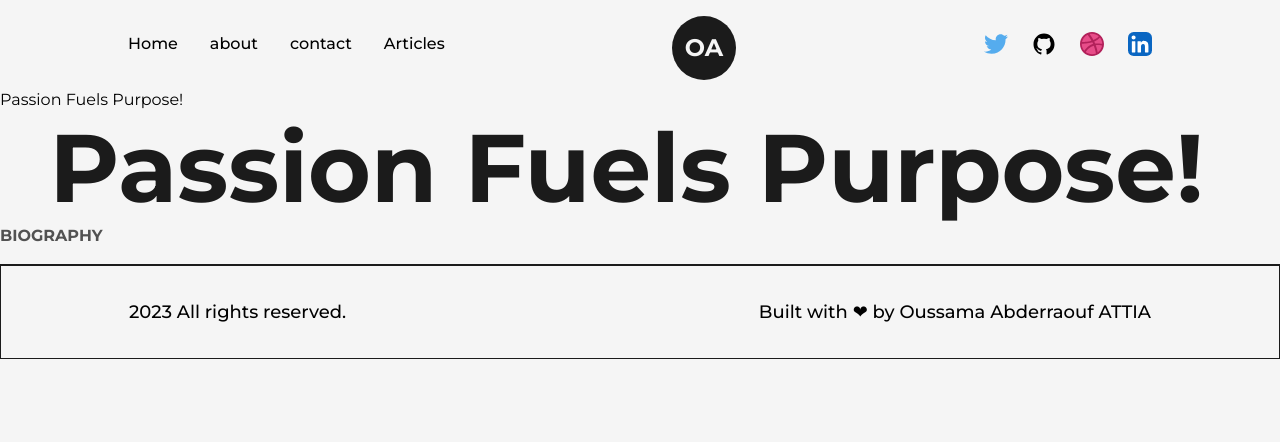
Repository: OussamaAbderraoufAttia/Next.js-Developer-Portfolio
Page: /About
The author's editor kept a copy of each file at every save. The page is drawn from the files as they stood at one save, then again after the next save.
The browser window is 1280 px wide. The pictures show the whole page.
The project was rebuilt for these pictures with package versions that can differ from the ones it lists, and the page was loaded fresh each time. The framework's server and built-in components were replaced by stand-ins that run in the browser. Also part of the build but not shown: next.config.js.

Above is the page before, as saved 2023-06-27 16:43:57.

### src/pages/_app.js
import Footer from '@/components/Footer'
import NavBar from '@/components/NavBar'
import '@/styles/globals.css'
import { Montserrat } from 'next/font/google'
import Head from 'next/head'


const montserrat = Montserrat({
  subsets: ['latin'],
  variable: "--font-mont"
})
export default function App({ Component, pageProps }) {
  return (
    <>
    <Head>
      <meta name="viewport" content="width=device-width, initial-scale=1" />
      <link rel="icon" href="/favicon.ico" />
    </Head>
    <main className={`${montserrat.variable} font-mont bg-light w-full min-h-screen`}>
      <NavBar />
      <Component {...pageProps} />
      <Footer />
    </main>
    </>
  )
}

### src/pages/About.js
import React from 'react';
import Head from 'next/head';
import AnimatedText from '@/components/AnimatedText';
import Layout from '@/components/Layout';

const about = () => {
  return (
    <>
        <Head>
            <title>OA | About Page</title>
            <meta name='description' content='About Oussama Abderraouf ATTIA' />
        </Head>
        <main className='flex w-full flex-col item-center justify-center'>
            <Layout className='pt-16'>
                <h1 style={{
                    fontSize: '16px',
                }}>
                    Passion Fuels Purpose!
                </h1>
                <AnimatedText text='Passion Fuels Purpose!' />
                <div className='grid w-full grid-cols-8 gap-16'>
                    <div>
                        <h2 className='mb-4 text- font-bold uppercase text-dark/75'>
                            Biography
                        </h2>
                    </div>

                </div>
            </Layout>
        </main>
    </>
  )
}

export default about;

### src/components/Footer.js
import React from 'react';
import Link from 'next/link';
import Layout from './Layout';

const Footer = () => {
  return (
    <div>
      <footer className='w-full border-t-2 border border-solid  border-dark
      font-medium text-lg
      '>
        <Layout className=' py-8 flex items-center justify-between '>
        <span>
            2023 All rights reserved.
        </span>
        <div>
            <p  >
                Built with &#10084; by Oussama Abderraouf ATTIA
             </p>
        </div>

        </Layout>

      </footer>
    </div>
  )
}

export default Footer

### src/components/NavBar.js
import Link from "next/link";
import React from "react";
import { useRouter } from "next/router";
import Logo from "./Logo";
import   { TwitterIcon, DribbbleIcon, GithubIcon, LinkedInIcon, PinterestIcon } from "./Icons";
import { motion } from "framer-motion";

const CustomLink = ({ href, title, className="" }) => {
    const router = useRouter();
    return (
        <Link href={href} className= {`${className} relative group `}>
            {title }
            <span className={`h-[1px] inline-block bg-dark absolute left-0 bottom-0.5 group-hover:w-full
            transiion-[width] ease duration-300 ${router.asPath === href ? "w-full" : "w-0" }
            `}> &nbsp; </span>
        </Link>
    )
}


const NavBar = () => {
    return (
        <header className="w-full px-32 py-8 font-medium flex items-center justify-between">
            <nav>
                <CustomLink href="/"  title="Home" className="mr-4"/>
                <CustomLink href="/about" title="about" className="mx-4"/>
                <CustomLink href="/contact"  title="contact" className="mx-4"/>
                <CustomLink href="/Articles"  title="Articles" className="ml-4"/>
            </nav>

            <nav className="flex item-center justify-center flex-wrap">
                <motion.a href="https://twitter.com/oussamaattia245" target={"_blank"}
                whileHover={{ y:-5  }}
                whileTap={{ scale: 0.9 }}
                className="w-6 mx-3"
                >
                    <TwitterIcon />
                 </motion.a>
                <motion.a href="https://github.com/OussamaAbderraoufAttia" target={"_blank"}
                whileHover={{ y:-5  }} whileTap={{ scale: 0.9 }}
                className="w-6 mx-3"
                > <GithubIcon /> </motion.a>
                <motion.a href="https://dribbble.com/JohnLoyd" target={"_blank"}
                whileHover={{ y:-5  }} whileTap={{ scale: 0.9 }}
                className="w-6 mx-3"
                > <DribbbleIcon /> </motion.a>
                <motion.a href="https://www.linkedin.com/in/oussama-abderraouf-attia-494b32225/" target={"_blank"}
                whileHover={{ y:-5  }} whileTap={{ scale: 0.9 }}
                className="w-6 ml-3"
                > <LinkedInIcon /> </motion.a>

            </nav>
            <div className="absolute left-[50%] top-2    translate-x-[50%]">
                 <Logo />
            </div>
        </header>
    )
}

export default NavBar;

### src/components/AnimatedText.js
import React from 'react';
import { motion } from 'framer-motion';

const quote = {
    initial:{
        opacity:0,
    },
    animate:{
        opacity:1,
        transition:{
            delay:0.5,
            staggerChildren: 0.08,
        }
    }
}
const singleWord  = {
    initial:{
        opacity:0,
        y: 50,
    },
    animate:{
        opacity:1,
        y:0,
        transition:{
            duration: 1,
        }
    }
}
const AnimatedText = ({ text, className = "" }) => {
  return (
    <div className='w-full mx-auto py-2 flex items-center justify-center text-center overflow-hidden'>
      <motion.h1 className={`inline-block text-dark font-bold capitalize text-8xl ${className}`}
      variants={quote}
      inherit='initial'
      animate='animate'
      >
        {text.split(" ").map((word, index) =>
          <span key={word + '-' + index} className='inline-block '
          variants={singleWord}
            inherit='initial'
            animate='animate'
          >
            {word}&nbsp;
          </span>
        )}
      </motion.h1>
    </div>
  );
};

export default AnimatedText;

### src/components/Layout.js
import React from 'react';

const Layout = ({ children, className = "" }) => {
  return (
    <div className={`  w-full h-full inline-block z-0 bg-light p-32${className}`}>
      {children}
    </div>
  );
};

export default Layout;

### src/components/Logo.js
import React from "react";
import Link from "next/link";
import { motion } from "framer-motion";



const MotionLink = motion(Link);
const Logo = () => {
  return (
    <div className="flex items-center justify-center mt-2">
      <MotionLink
        href="/"
        className="w-16 h-16 bg-dark text-light flex items-center justify-center rounded-full font-bold text-2xl"
        whileHover={{
            backgroundColor:["#121212", "rgba(131,58,180,1)","rgba(253,29,29,1)","rgba(252,176,69,1)","rgba(131,58,180,1)", "#121212"],
          transition: {
            duration: 1,
            repeat: Infinity,
          },
        }}
      >
        OA
      </MotionLink>
    </div>
  );
};

export default Logo;

### tailwind.config.js
/** @type {import('tailwindcss').Config} */
const {fontFamily} = require('tailwindcss/defaultTheme')

module.exports = {
  content: [
    // Or if using `src` directory:
    "./src/**/*.{js,ts,jsx,tsx,mdx}",
  ],
  theme: {
    extend: {
      fontFamily: {
        mont: ['var(--font-mont)', 'sans-serif'],
      },
        colors: {
          dark: "#1b1b1b",
          light: "#f5f5f5",
          primary: "#B63E96", // 240,86,199
          primaryDark: "#58E6D9", // 80,230,217
      },
      animation: {
        'spin-slow': 'spin 8s linear infinite',
      },
    },
  },
  plugins: [],
}

Loaded but not shown: src/pages/_document.js (common file); src/styles/globals.css (common file); src/components/Icons.js (484 lines, source omitted)

After the next save:
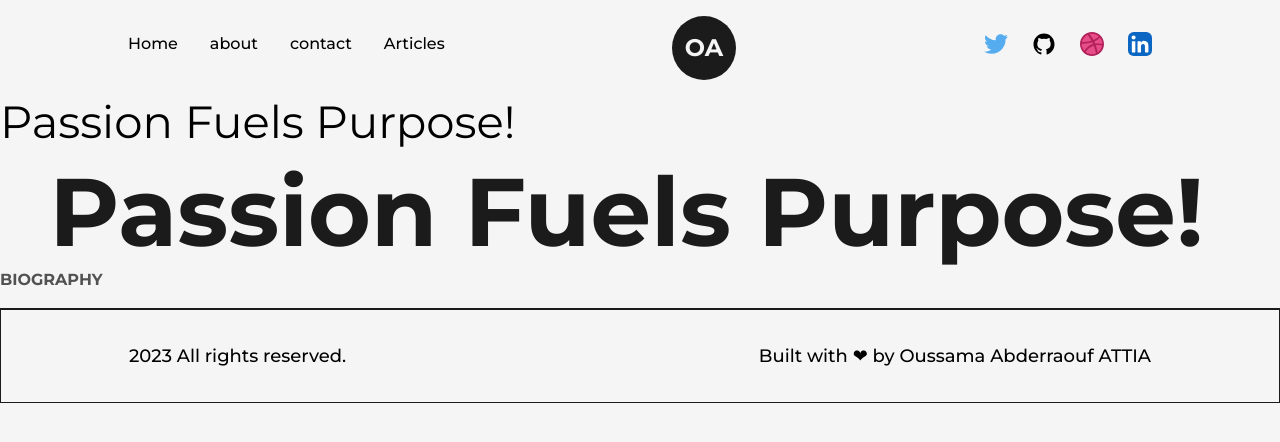
Saved 6 s later.
--- a/src/pages/About.js
+++ b/src/pages/About.js
@@ -13,7 +13,7 @@
         <main className='flex w-full flex-col item-center justify-center'>
             <Layout className='pt-16'>
                 <h1 style={{
-                    fontSize: '16px',
+                    fontSize: '45px',
                 }}>
                     Passion Fuels Purpose!
                 </h1>
